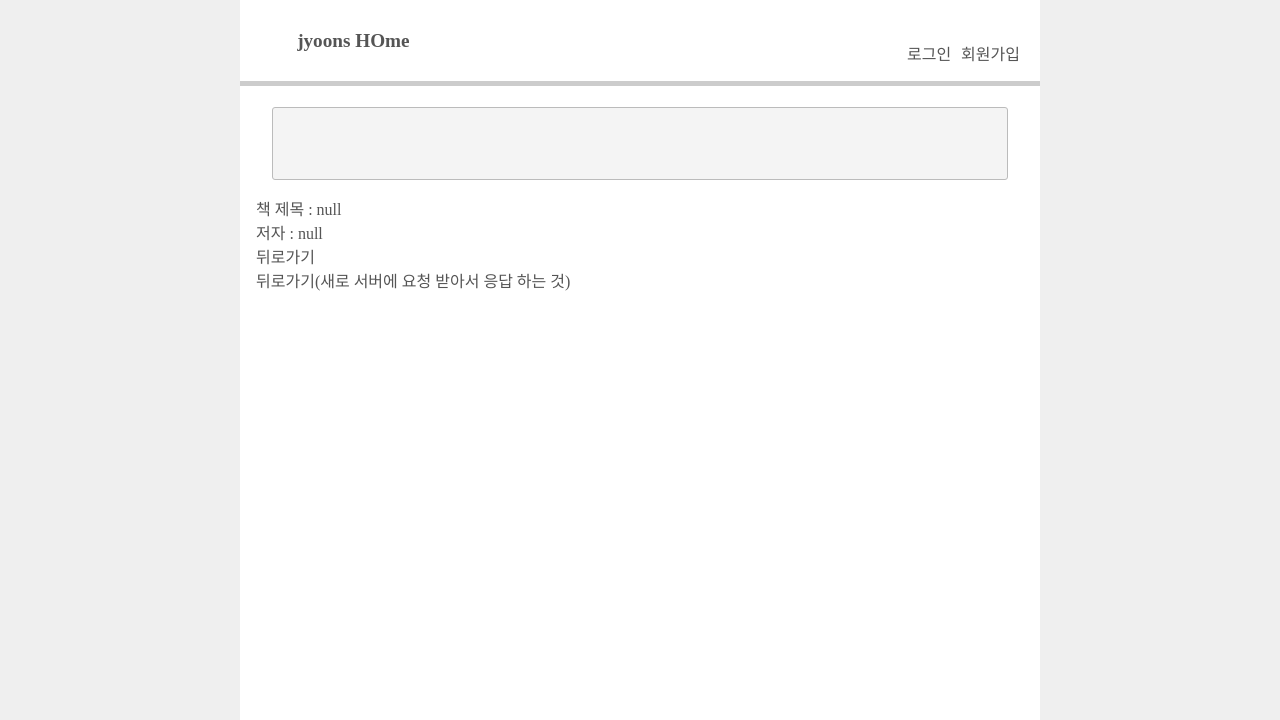
Repository: jyoons00/JSP-sample
Page: http://localhost/jspPro/days01/ex02_el_ok.jsp
These files come from the project's save history. The page is drawn as it stood at one moment and after the next save; the edit follows.
The browser window is 1280 px wide. The pictures show the whole page.
Some web fonts or font styles are not loaded; a fallback is used. The page is served by Tomcat 9.

Above is the page before, as saved 2024-10-15 03:29:39.

After the next save:
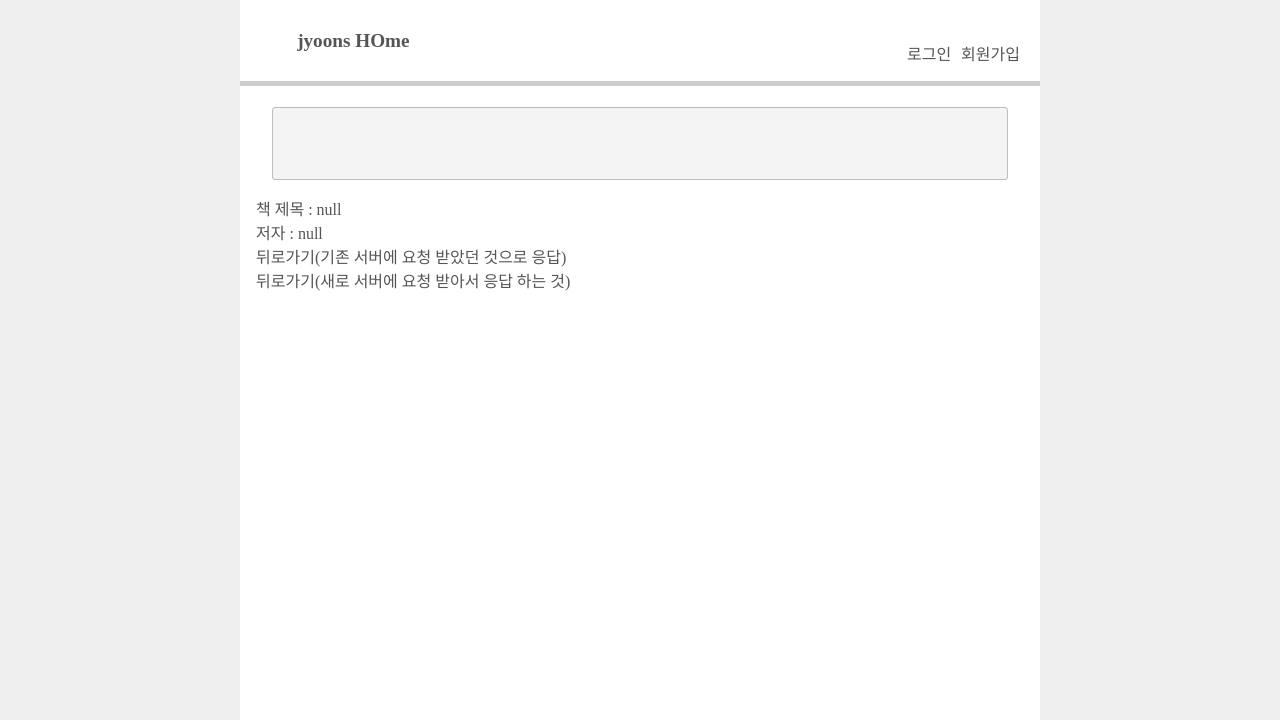
Saved 19 s later.
--- a/jspPro/src/main/webapp/days01/ex02_el_ok.jsp
+++ b/jspPro/src/main/webapp/days01/ex02_el_ok.jsp
@@ -46,7 +46,7 @@
   	  책 제목 : <%= title %><br>
   	  저자 : <%= author %><br>
 
-  	  <a href="javascript:history.go(-1);">뒤로가기</a><br>
+  	  <a href="javascript:history.go(-1);">뒤로가기(기존 서버에 요청 받았던 것으로 응답)</a><br>
   	  <a href="ex02.jsp;">뒤로가기(새로 서버에 요청 받아서 응답 하는 것)</a><br>
 
 
